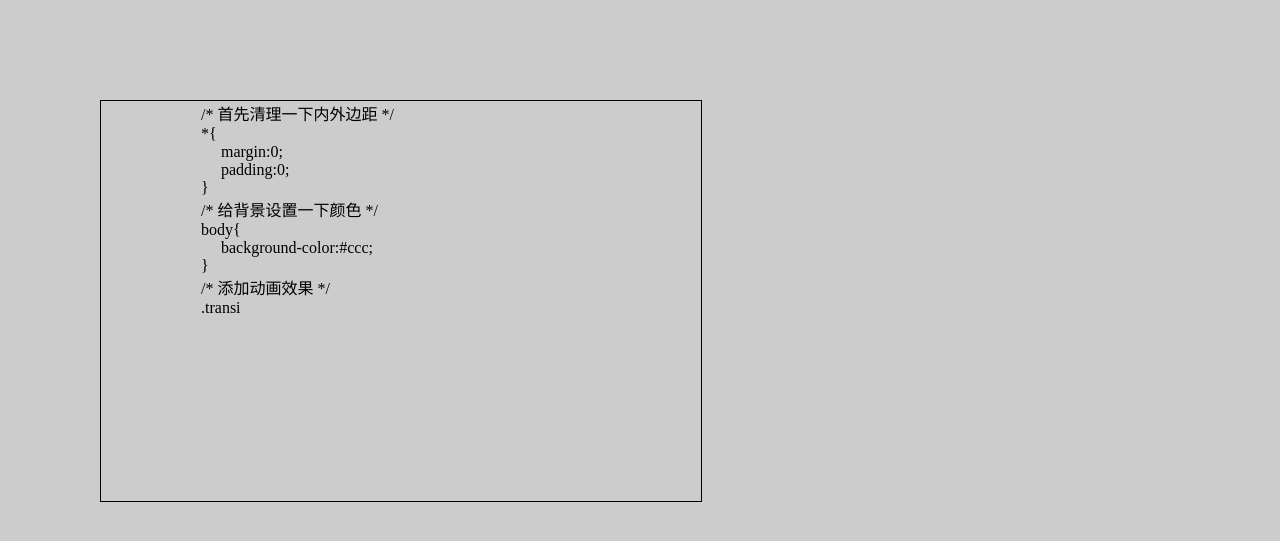
Repository: ScarApocalypse/study
Page: 一些想法/test.html
The author's editor kept a copy of each file at every save. The page is drawn from the files as they stood at one save, then again after the next save.
The browser window is 1280 px wide. The pictures show the whole page.

Above is the page before, as saved 2019-08-02 01:20:53.

After the next save:
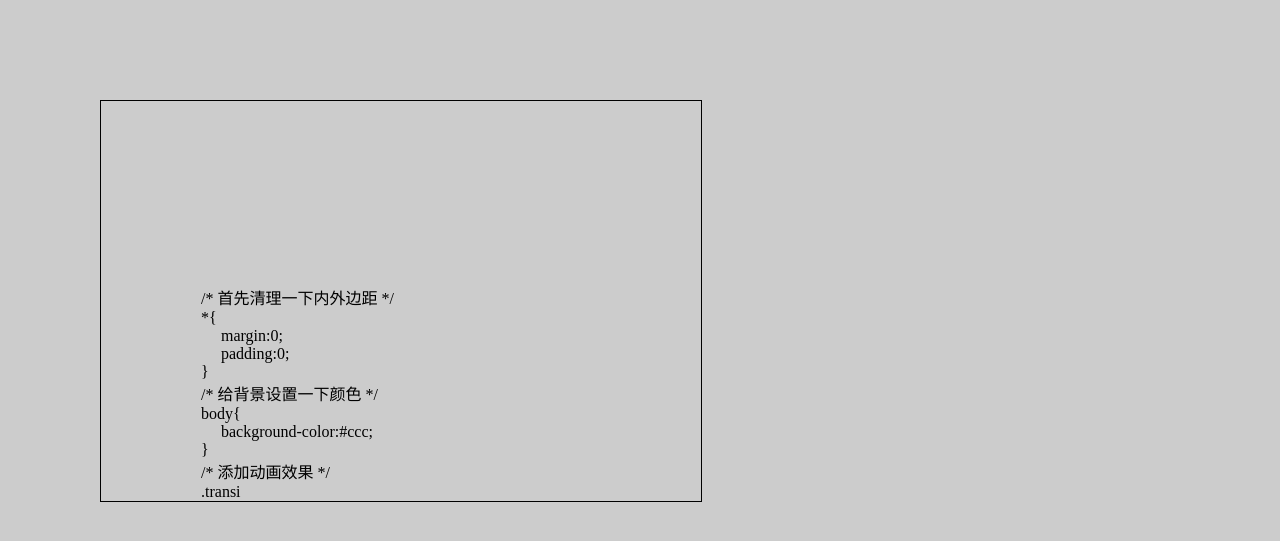
Saved 44 s later.
--- a/一些想法/test.html
+++ b/一些想法/test.html
@@ -8,19 +8,20 @@
     <title>Document</title>
     <style>
             #wrap{
-                overflow: scroll;
+
                 position: absolute;
                 border:1px solid #000;
                 height:400px;
                 width:600px;
                 left:100px;
                 top:100px;
+                overflow: scroll;
             }
             #show{
                 position: absolute;
                 left:100px;
                 bottom:0;
-                min-height:400px;
+                /* min-height:400px; */
             }
             .box1{
                 position: absolute;

After the save that followed:
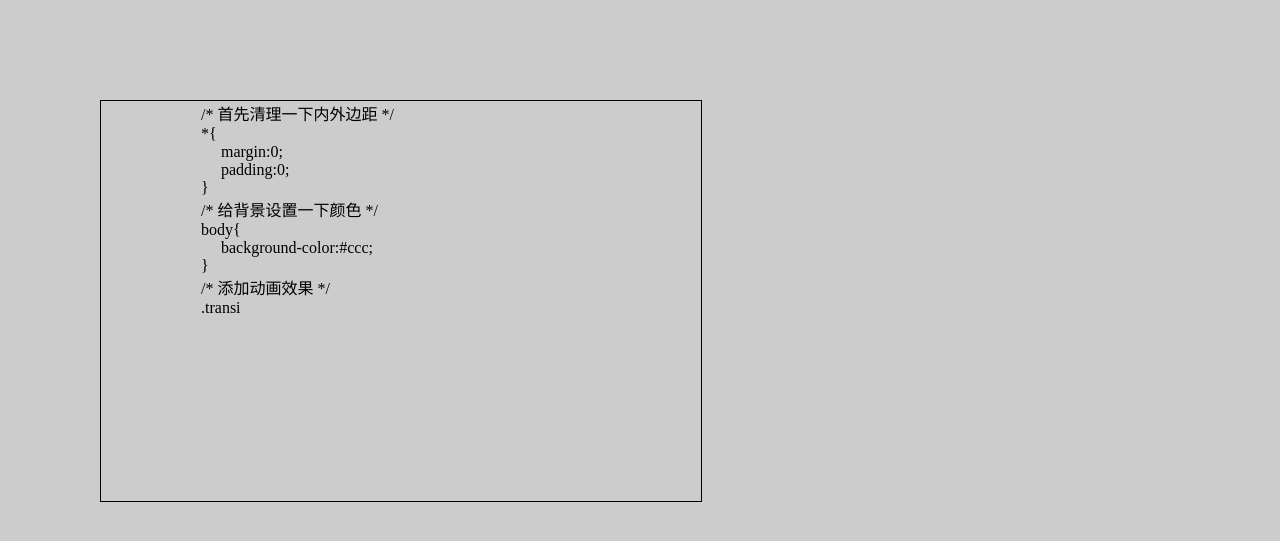
Saved 7 s later.
--- a/一些想法/test.html
+++ b/一些想法/test.html
@@ -20,7 +20,7 @@
             #show{
                 position: absolute;
                 left:100px;
-                bottom:0;
+                /* bottom:0; */
                 /* min-height:400px; */
             }
             .box1{
